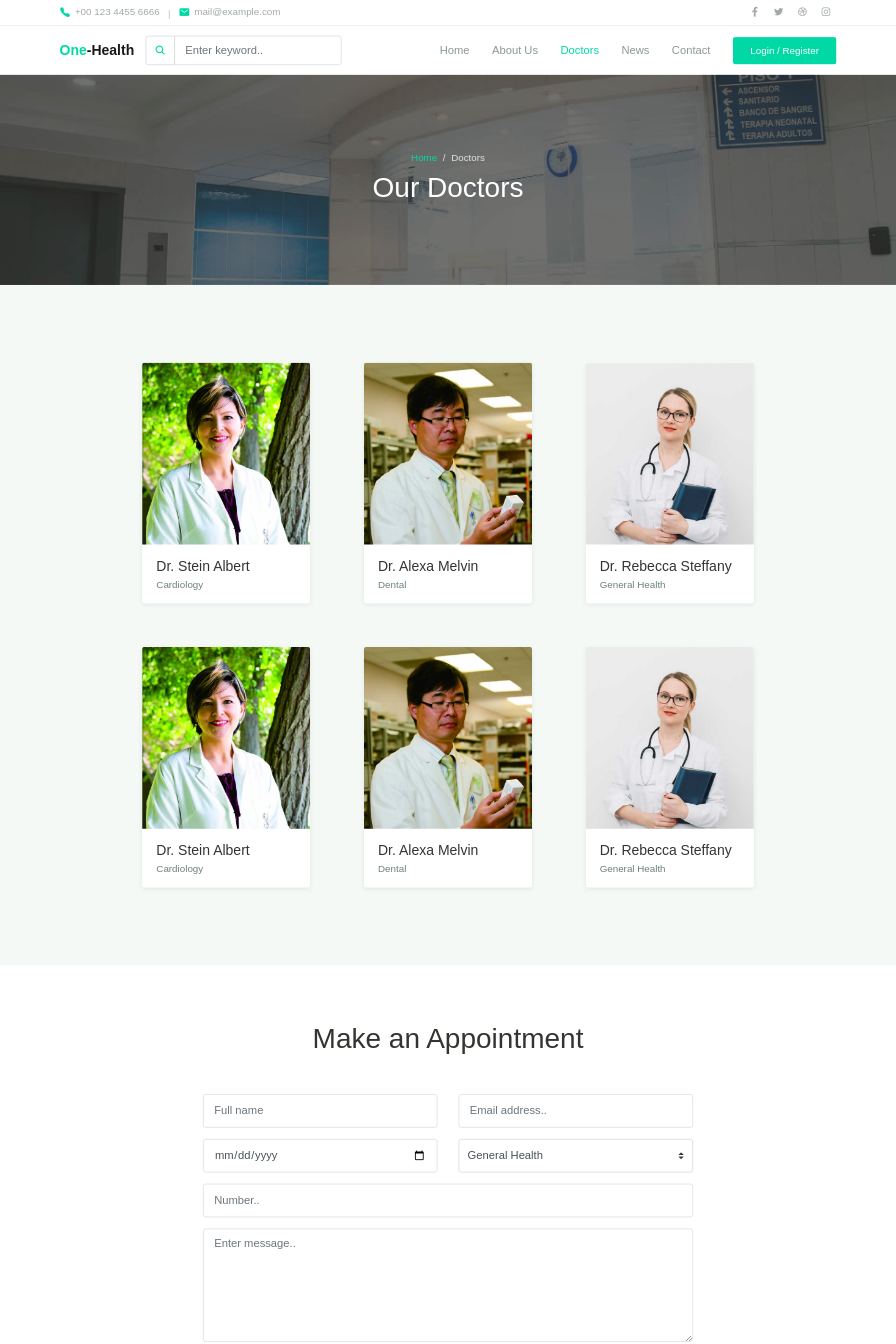
Repository: profbkmurage/myWeb
Page: html/work.html
These files come from the project's save history. The page is drawn as it stood at one moment and after the next save; the edit follows.
The browser window is 1280 px wide. The pictures show the part of the page from y = 0 to 1920 px (the page is 2899 px tall), at 70% of full size.

Above is the page before, as saved 2023-12-10 15:50:57.

### html/work.html
<!DOCTYPE html>
<html lang="en">
<head>
  <meta charset="UTF-8">
  <meta name="viewport" content="width=device-width, initial-scale=1.0">

  <meta http-equiv="X-UA-Compatible" content="ie=edge">

  <meta name="copyright" content="MACode ID, https://macodeid.com/">

  <title>One Health - Medical Center HTML5 Template</title>

  <link rel="stylesheet" href="../assets/css/maicons.css">

  <link rel="stylesheet" href="../assets/css/bootstrap.css">

  <link rel="stylesheet" href="../assets/vendor/owl-carousel/css/owl.carousel.css">

  <link rel="stylesheet" href="../assets/vendor/animate/animate.css">

  <link rel="stylesheet" href="../assets/css/theme.css">
</head>
<body>

  <!-- Back to top button -->
  <div class="back-to-top"></div>

  <header>
    <div class="topbar">
      <div class="container">
        <div class="row">
          <div class="col-sm-8 text-sm">
            <div class="site-info">
              <a href="#"><span class="mai-call text-primary"></span> +00 123 4455 6666</a>
              <span class="divider">|</span>
              <a href="#"><span class="mai-mail text-primary"></span> mail@example.com</a>
            </div>
          </div>
          <div class="col-sm-4 text-right text-sm">
            <div class="social-mini-button">
              <a href="#"><span class="mai-logo-facebook-f"></span></a>
              <a href="#"><span class="mai-logo-twitter"></span></a>
              <a href="#"><span class="mai-logo-dribbble"></span></a>
              <a href="#"><span class="mai-logo-instagram"></span></a>
            </div>
          </div>
        </div> <!-- .row -->
      </div> <!-- .container -->
    </div> <!-- .topbar -->

    <nav class="navbar navbar-expand-lg navbar-light shadow-sm">
      <div class="container">
        <a class="navbar-brand" href="#"><span class="text-primary">One</span>-Health</a>

        <form action="#">
          <div class="input-group input-navbar">
            <div class="input-group-prepend">
              <span class="input-group-text" id="icon-addon1"><span class="mai-search"></span></span>
            </div>
            <input type="text" class="form-control" placeholder="Enter keyword.." aria-label="Username" aria-describedby="icon-addon1">
          </div>
        </form>

        <button class="navbar-toggler" type="button" data-toggle="collapse" data-target="#navbarSupport" aria-controls="navbarSupport" aria-expanded="false" aria-label="Toggle navigation">
          <span class="navbar-toggler-icon"></span>
        </button>

        <div class="collapse navbar-collapse" id="navbarSupport">
          <ul class="navbar-nav ml-auto">
            <li class="nav-item">
              <a class="nav-link" href="index.html">Home</a>
            </li>
            <li class="nav-item">
              <a class="nav-link" href="about.html">About Us</a>
            </li>
            <li class="nav-item active">
              <a class="nav-link" href="doctors.html">Doctors</a>
            </li>
            <li class="nav-item">
              <a class="nav-link" href="blog.html">News</a>
            </li>
            <li class="nav-item">
              <a class="nav-link" href="contact.html">Contact</a>
            </li>
            <li class="nav-item">
              <a class="btn btn-primary ml-lg-3" href="#">Login / Register</a>
            </li>
          </ul>
        </div> <!-- .navbar-collapse -->
      </div> <!-- .container -->
    </nav>
  </header>

  <div class="page-banner overlay-dark bg-image" style="background-image: url(../assets/img/bg_image_1.jpg);">
    <div class="banner-section">
      <div class="container text-center wow fadeInUp">
        <nav aria-label="Breadcrumb">
          <ol class="breadcrumb breadcrumb-dark bg-transparent justify-content-center py-0 mb-2">
            <li class="breadcrumb-item"><a href="index.html">Home</a></li>
            <li class="breadcrumb-item active" aria-current="page">Doctors</li>
          </ol>
        </nav>
        <h1 class="font-weight-normal">Our Doctors</h1>
      </div> <!-- .container -->
    </div> <!-- .banner-section -->
  </div> <!-- .page-banner -->

  <div class="page-section bg-light">
    <div class="container">
      <div class="row justify-content-center">
        <div class="col-lg-10">

          <div class="row">

            <div class="col-md-6 col-lg-4 py-3 wow zoomIn">
              <div class="card-doctor">
                <div class="header">
                  <img src="../assets/img/doctors/doctor_1.jpg" alt="">
                  <div class="meta">
                    <a href="#"><span class="mai-call"></span></a>
                    <a href="#"><span class="mai-logo-whatsapp"></span></a>
                  </div>
                </div>
                <div class="body">
                  <p class="text-xl mb-0">Dr. Stein Albert</p>
                  <span class="text-sm text-grey">Cardiology</span>
                </div>
              </div>
            </div>

            <div class="col-md-6 col-lg-4 py-3 wow zoomIn">
              <div class="card-doctor">
                <div class="header">
                  <img src="../assets/img/doctors/doctor_2.jpg" alt="">
                  <div class="meta">
                    <a href="#"><span class="mai-call"></span></a>
                    <a href="#"><span class="mai-logo-whatsapp"></span></a>
                  </div>
                </div>
                <div class="body">
                  <p class="text-xl mb-0">Dr. Alexa Melvin</p>
                  <span class="text-sm text-grey">Dental</span>
                </div>
              </div>
            </div>

            <div class="col-md-6 col-lg-4 py-3 wow zoomIn">
              <div class="card-doctor">
                <div class="header">
                  <img src="../assets/img/doctors/doctor_3.jpg" alt="">
                  <div class="meta">
                    <a href="#"><span class="mai-call"></span></a>
                    <a href="#"><span class="mai-logo-whatsapp"></span></a>
                  </div>
                </div>
                <div class="body">
                  <p class="text-xl mb-0">Dr. Rebecca Steffany</p>
                  <span class="text-sm text-grey">General Health</span>
                </div>
              </div>
            </div>

            <div class="col-md-6 col-lg-4 py-3 wow zoomIn">
              <div class="card-doctor">
                <div class="header">
                  <img src="../assets/img/doctors/doctor_1.jpg" alt="">
                  <div class="meta">
                    <a href="#"><span class="mai-call"></span></a>
                    <a href="#"><span class="mai-logo-whatsapp"></span></a>
                  </div>
                </div>
                <div class="body">
                  <p class="text-xl mb-0">Dr. Stein Albert</p>
                  <span class="text-sm text-grey">Cardiology</span>
                </div>
              </div>
            </div>

            <div class="col-md-6 col-lg-4 py-3 wow zoomIn">
              <div class="card-doctor">
                <div class="header">
                  <img src="../assets/img/doctors/doctor_2.jpg" alt="">
                  <div class="meta">
                    <a href="#"><span class="mai-call"></span></a>
                    <a href="#"><span class="mai-logo-whatsapp"></span></a>
                  </div>
                </div>
                <div class="body">
                  <p class="text-xl mb-0">Dr. Alexa Melvin</p>
                  <span class="text-sm text-grey">Dental</span>
                </div>
              </div>
            </div>

            <div class="col-md-6 col-lg-4 py-3 wow zoomIn">
              <div class="card-doctor">
                <div class="header">
                  <img src="../assets/img/doctors/doctor_3.jpg" alt="">
                  <div class="meta">
                    <a href="#"><span class="mai-call"></span></a>
                    <a href="#"><span class="mai-logo-whatsapp"></span></a>
                  </div>
                </div>
                <div class="body">
                  <p class="text-xl mb-0">Dr. Rebecca Steffany</p>
                  <span class="text-sm text-grey">General Health</span>
                </div>
              </div>
            </div>

          </div>

        </div>
      </div>
    </div> <!-- .container -->
  </div> <!-- .page-section -->

  <div class="page-section">
    <div class="container">
      <h1 class="text-center wow fadeInUp">Make an Appointment</h1>

      <form class="main-form">
        <div class="row mt-5 ">
          <div class="col-12 col-sm-6 py-2 wow fadeInLeft">
            <input type="text" class="form-control" placeholder="Full name">
          </div>
          <div class="col-12 col-sm-6 py-2 wow fadeInRight">
            <input type="text" class="form-control" placeholder="Email address..">
          </div>
          <div class="col-12 col-sm-6 py-2 wow fadeInLeft" data-wow-delay="300ms">
            <input type="date" class="form-control">
          </div>
          <div class="col-12 col-sm-6 py-2 wow fadeInRight" data-wow-delay="300ms">
            <select name="departement" id="departement" class="custom-select">
              <option value="general">General Health</option>
              <option value="cardiology">Cardiology</option>
              <option value="dental">Dental</option>
              <option value="neurology">Neurology</option>
              <option value="orthopaedics">Orthopaedics</option>
            </select>
          </div>
          <div class="col-12 py-2 wow fadeInUp" data-wow-delay="300ms">
            <input type="text" class="form-control" placeholder="Number..">
          </div>
          <div class="col-12 py-2 wow fadeInUp" data-wow-delay="300ms">
            <textarea name="message" id="message" class="form-control" rows="6" placeholder="Enter message.."></textarea>
          </div>
        </div>

        <button type="submit" class="btn btn-primary mt-3 wow zoomIn">Submit Request</button>
      </form>
    </div> <!-- .container -->
  </div> <!-- .page-section -->


  <div class="page-section banner-home bg-image" style="background-image: url(../assets/img/banner-pattern.svg);">
    <div class="container py-5 py-lg-0">
      <div class="row align-items-center">
        <div class="col-lg-4 wow zoomIn">
          <div class="img-banner d-none d-lg-block">
            <img src="../assets/img/mobile_app.png" alt="">
          </div>
        </div>
        <div class="col-lg-8 wow fadeInRight">
          <h1 class="font-weight-normal mb-3">Get easy access of all features using One Health Application</h1>
          <a href="#"><img src="../assets/img/google_play.svg" alt=""></a>
          <a href="#" class="ml-2"><img src="../assets/img/app_store.svg" alt=""></a>
        </div>
      </div>
    </div>
  </div> <!-- .banner-home -->

  <footer class="page-footer">
    <div class="container">
      <div class="row px-md-3">
        <div class="col-sm-6 col-lg-3 py-3">
          <h5>Company</h5>
          <ul class="footer-menu">
            <li><a href="#">About Us</a></li>
            <li><a href="#">Career</a></li>
            <li><a href="#">Editorial Team</a></li>
            <li><a href="#">Protection</a></li>
          </ul>
        </div>
        <div class="col-sm-6 col-lg-3 py-3">
          <h5>More</h5>
          <ul class="footer-menu">
            <li><a href="#">Terms & Condition</a></li>
            <li><a href="#">Privacy</a></li>
            <li><a href="#">Advertise</a></li>
            <li><a href="#">Join as Doctors</a></li>
          </ul>
        </div>
        <div class="col-sm-6 col-lg-3 py-3">
          <h5>Our partner</h5>
          <ul class="footer-menu">
            <li><a href="#">One-Fitness</a></li>
            <li><a href="#">One-Drugs</a></li>
            <li><a href="#">One-Live</a></li>
          </ul>
        </div>
        <div class="col-sm-6 col-lg-3 py-3">
          <h5>Contact</h5>
          <p class="footer-link mt-2">351 Willow Street Franklin, MA 02038</p>
          <a href="#" class="footer-link">701-573-7582</a>
          <a href="#" class="footer-link">healthcare@temporary.net</a>

          <h5 class="mt-3">Social Media</h5>
          <div class="footer-sosmed mt-3">
            <a href="#" target="_blank"><span class="mai-logo-facebook-f"></span></a>
            <a href="#" target="_blank"><span class="mai-logo-twitter"></span></a>
            <a href="#" target="_blank"><span class="mai-logo-google-plus-g"></span></a>
            <a href="#" target="_blank"><span class="mai-logo-instagram"></span></a>
            <a href="#" target="_blank"><span class="mai-logo-linkedin"></span></a>
          </div>
        </div>
      </div>

      <hr>

      <p id="copyright">Copyright &copy; 2020 <a href="https://macodeid.com/" target="_blank">MACode ID</a>. All right reserved</p>
    </div>
  </footer>

<script src="../assets/js/jquery-3.5.1.min.js"></script>

<script src="../assets/js/bootstrap.bundle.min.js"></script>

<script src="../assets/vendor/owl-carousel/js/owl.carousel.min.js"></script>

<script src="../assets/vendor/wow/wow.min.js"></script>

<script src="../assets/js/theme.js"></script>

</body>
</html>

Loaded but not shown: assets/css/bootstrap.css (library); assets/vendor/owl-carousel/css/owl.carousel.css (library); assets/vendor/animate/animate.css (library); assets/js/jquery-3.5.1.min.js (library); assets/js/bootstrap.bundle.min.js (library); assets/vendor/owl-carousel/js/owl.carousel.min.js (library); assets/vendor/wow/wow.min.js (library); assets/js/theme.js (65 lines, source omitted); assets/css/maicons.css (2634 lines, source omitted); assets/css/theme.css (1836 lines, source omitted)

After the next save:
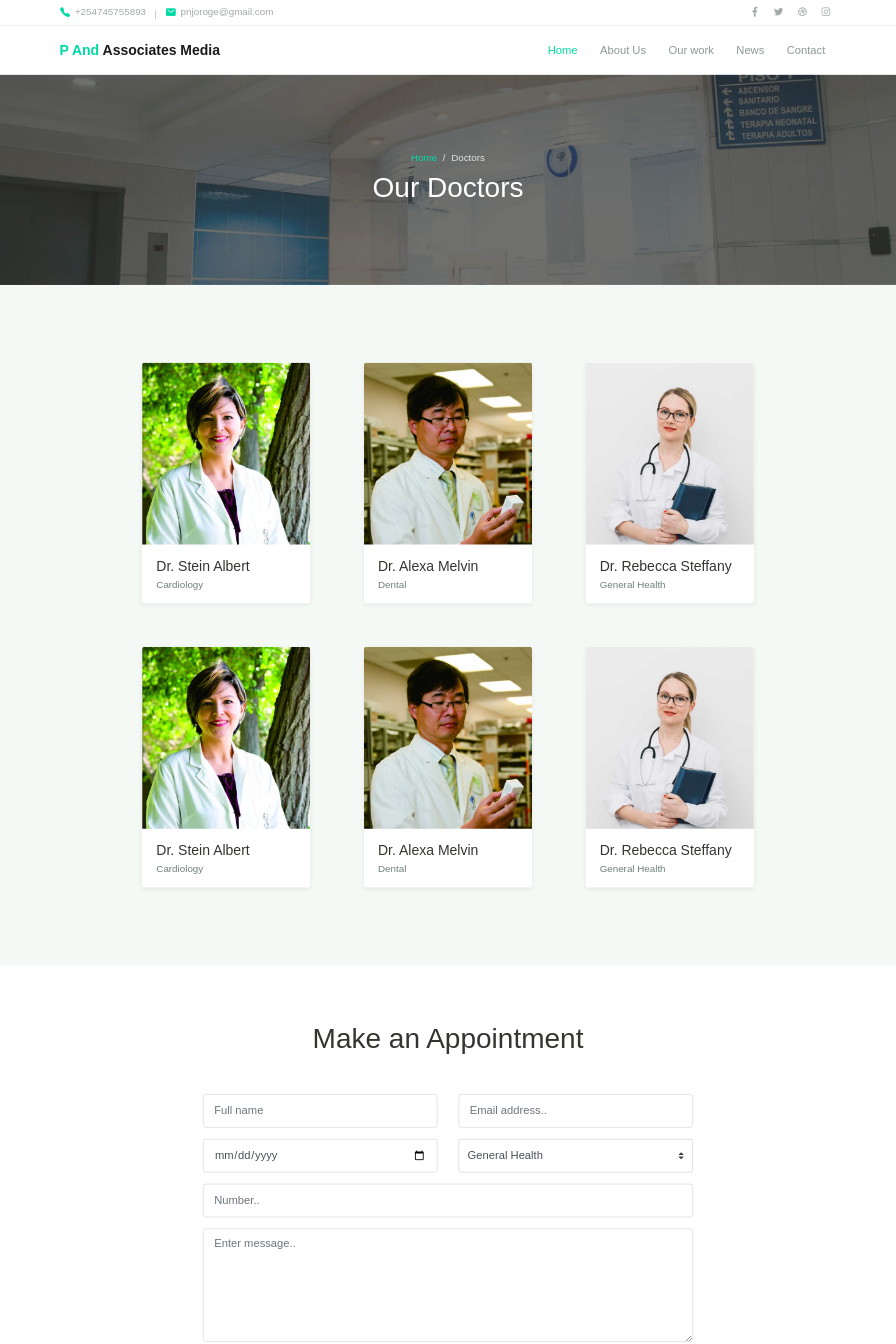
Saved 2 min 3 s later.
--- a/html/work.html
+++ b/html/work.html
@@ -6,9 +6,7 @@
 
   <meta http-equiv="X-UA-Compatible" content="ie=edge">
 
-  <meta name="copyright" content="MACode ID, https://macodeid.com/">
-
-  <title>One Health - Medical Center HTML5 Template</title>
+  <title>M&M Website</title>
 
   <link rel="stylesheet" href="../assets/css/maicons.css">
 
@@ -31,9 +29,9 @@
         <div class="row">
           <div class="col-sm-8 text-sm">
             <div class="site-info">
-              <a href="#"><span class="mai-call text-primary"></span> +00 123 4455 6666</a>
+              <a href="tel:0745755893" ><span class="mai-call text-primary"></span> +254745755893</a>
               <span class="divider">|</span>
-              <a href="#"><span class="mai-mail text-primary"></span> mail@example.com</a>
+              <a href="#"><span class="mai-mail text-primary"></span> pnjoroge@gmail.com</a>
             </div>
           </div>
           <div class="col-sm-4 text-right text-sm">
@@ -50,16 +48,16 @@
 
     <nav class="navbar navbar-expand-lg navbar-light shadow-sm">
       <div class="container">
-        <a class="navbar-brand" href="#"><span class="text-primary">One</span>-Health</a>
-
-        <form action="#">
+        <a class="navbar-brand" href="#"><span class="text-primary">P And</span> Associates Media</a>
+
+        <!-- <form action="#">
           <div class="input-group input-navbar">
             <div class="input-group-prepend">
               <span class="input-group-text" id="icon-addon1"><span class="mai-search"></span></span>
             </div>
             <input type="text" class="form-control" placeholder="Enter keyword.." aria-label="Username" aria-describedby="icon-addon1">
           </div>
-        </form>
+        </form> -->
 
         <button class="navbar-toggler" type="button" data-toggle="collapse" data-target="#navbarSupport" aria-controls="navbarSupport" aria-expanded="false" aria-label="Toggle navigation">
           <span class="navbar-toggler-icon"></span>
@@ -67,14 +65,14 @@
 
         <div class="collapse navbar-collapse" id="navbarSupport">
           <ul class="navbar-nav ml-auto">
-            <li class="nav-item">
+            <li class="nav-item active">
               <a class="nav-link" href="index.html">Home</a>
             </li>
             <li class="nav-item">
               <a class="nav-link" href="about.html">About Us</a>
             </li>
-            <li class="nav-item active">
-              <a class="nav-link" href="doctors.html">Doctors</a>
+            <li class="nav-item">
+              <a class="nav-link" href="work.html">Our work</a>
             </li>
             <li class="nav-item">
               <a class="nav-link" href="blog.html">News</a>
@@ -82,9 +80,9 @@
             <li class="nav-item">
               <a class="nav-link" href="contact.html">Contact</a>
             </li>
-            <li class="nav-item">
+            <!-- <li class="nav-item">
               <a class="btn btn-primary ml-lg-3" href="#">Login / Register</a>
-            </li>
+            </li> -->
           </ul>
         </div> <!-- .navbar-collapse -->
       </div> <!-- .container -->
